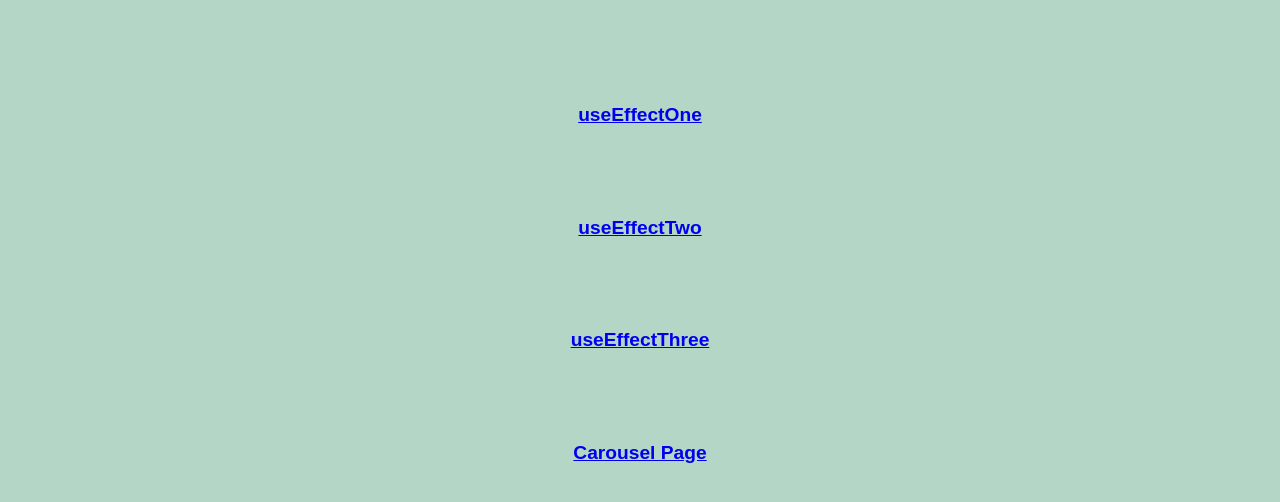
Repository: jennydmcm/useeffect-carousel
Page: /
These files come from the project's save history. The page is drawn as it stood at one moment and after the next save; the edit follows.
The browser window is 1280 px wide. The pictures show the whole page.
The project was rebuilt for these pictures with package versions that can differ from the ones it lists, and the page was loaded fresh each time. The framework's server and built-in components were replaced by stand-ins that run in the browser. Also part of the build but not shown: next.config.js.

Above is the page before, as saved 2023-02-23 18:39:51.

After the next save:
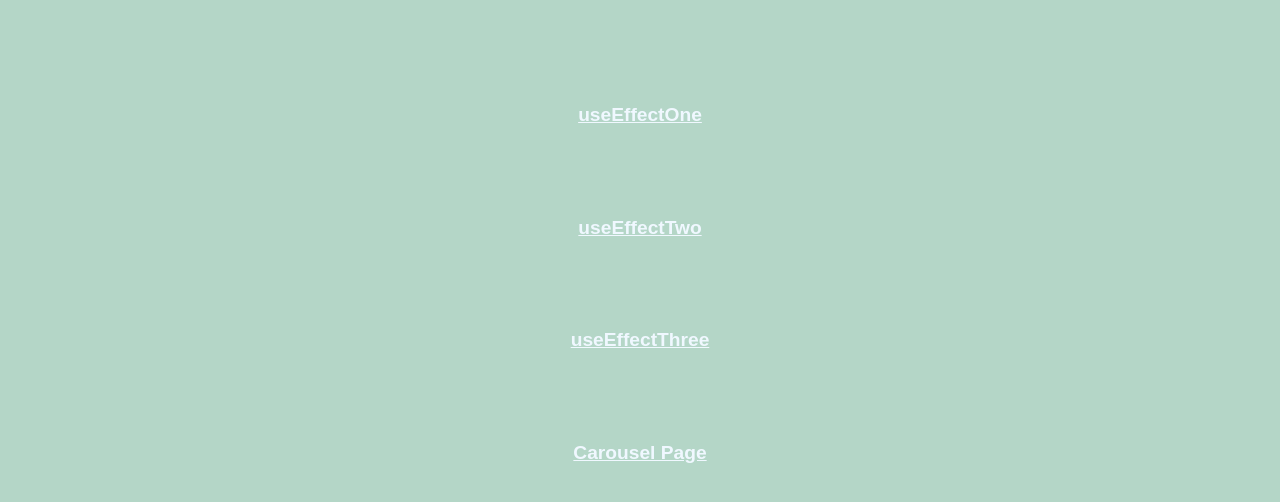
Saved 6 s later.
--- a/styles/Home.module.css
+++ b/styles/Home.module.css
@@ -11,4 +11,5 @@
   font-family: Arial, Helvetica, sans-serif;
   font-size: larger;
   font-weight: bolder;
+  color: aliceblue;
 }
